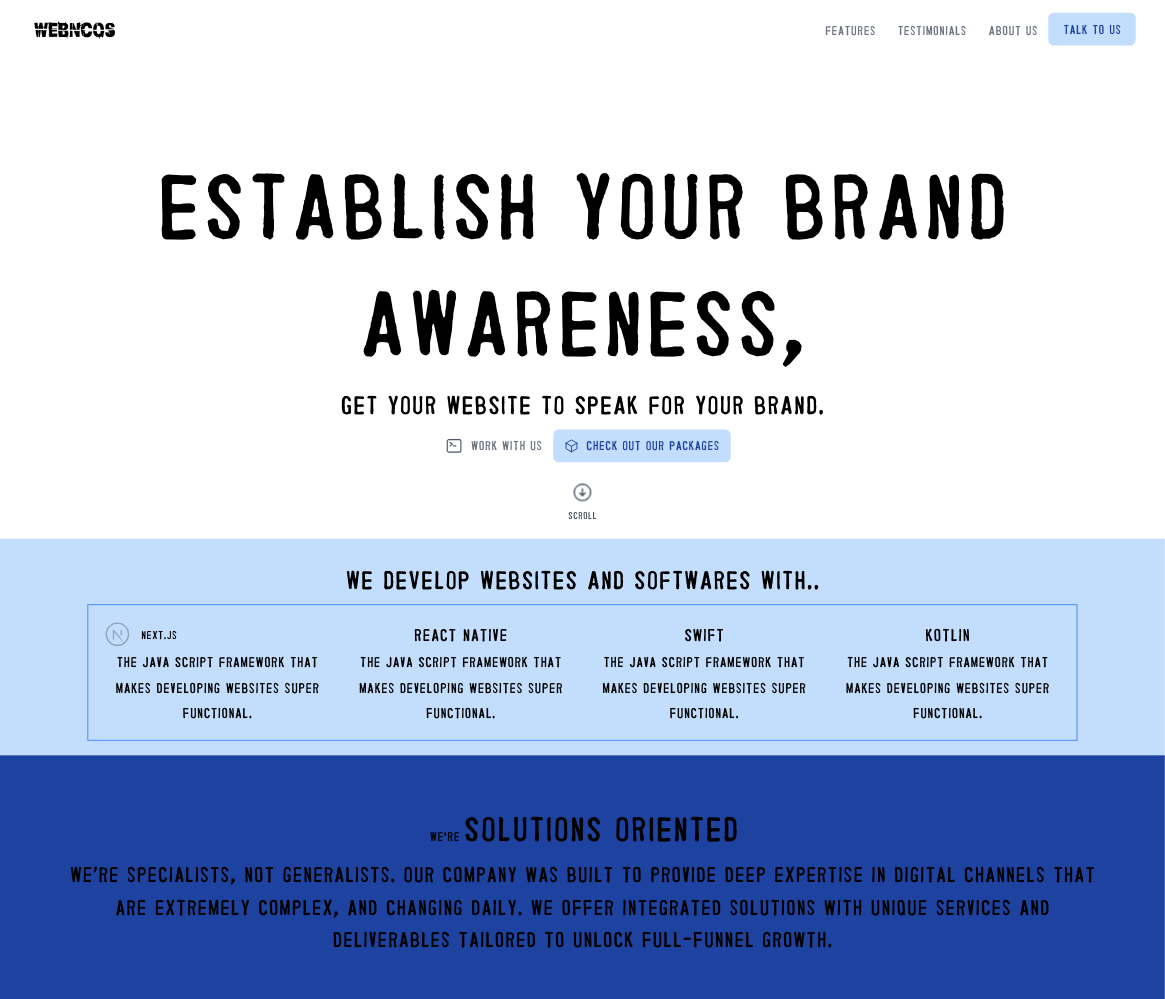
Repository: 1realjulius/webncos
Page: /
An editor plug-in stored every save of this project. The page is shown before and after the next save, followed by the edit.
The browser window is 1280 px wide. The pictures show the whole page, at 91% of full size.
The project was rebuilt for these pictures with package versions that can differ from the ones it lists, and the page was loaded fresh each time. The framework's server and built-in components were replaced by stand-ins that run in the browser. Also part of the build but not shown: next.config.js.

Above is the page before, as saved 2022-09-02 12:08:33.

After the next save:
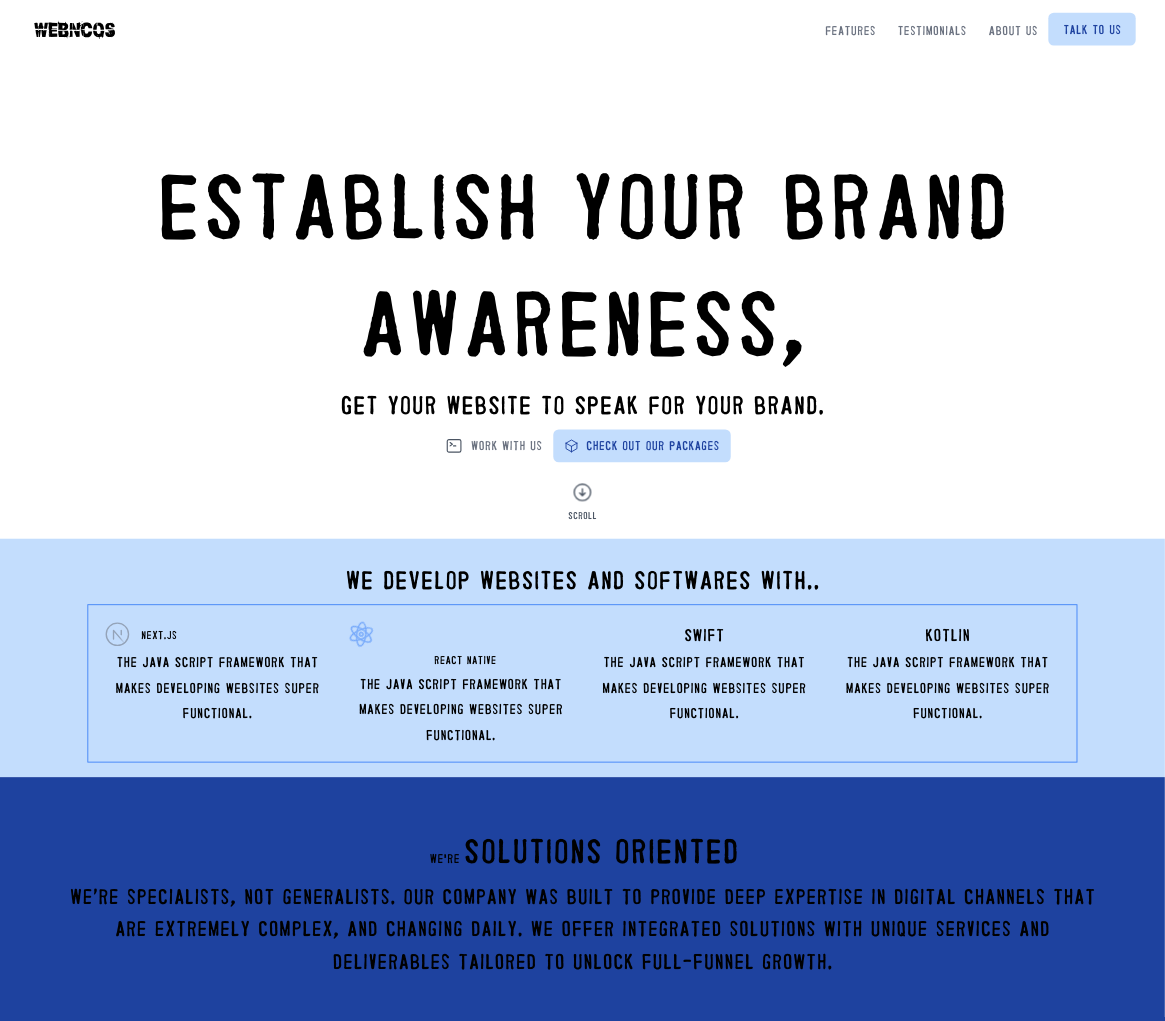
Saved 78 s later.
--- a/components/MainHome.tsx
+++ b/components/MainHome.tsx
@@ -158,7 +158,30 @@ const MainHome = () => {
             </div>
             <div className="p-2 text-center">
               <div>
-                <h1 className="text-2xl">React Native</h1>
+              <svg
+                  fill="none"
+                  xmlns="http://www.w3.org/2000/svg"
+                  className="animate-spin h-8 w-8 flex-none stroke-blue-400"
+                  strokeWidth="1.5"
+                  strokeLinecap="round"
+                  strokeLinejoin="round"
+                >
+                  <ellipse cx="16" cy="16" rx="13" ry="5"></ellipse>
+                  <ellipse
+                    cx="16"
+                    cy="16"
+                    rx="13"
+                    ry="5"
+                    transform="rotate(60 16 16)"
+                  ></ellipse>
+                  <ellipse
+                    rx="13"
+                    ry="5"
+                    transform="matrix(-.5 .86603 .86603 .5 16 16)"
+                  ></ellipse>
+                  <circle cx="16" cy="16" r="2"></circle>
+                </svg>
+                <span className="ml-2.5 font-cadizMedium">React Native</span>
               </div>
               <div>
                 <p className="text- base md:text-xl">

After the save that followed:
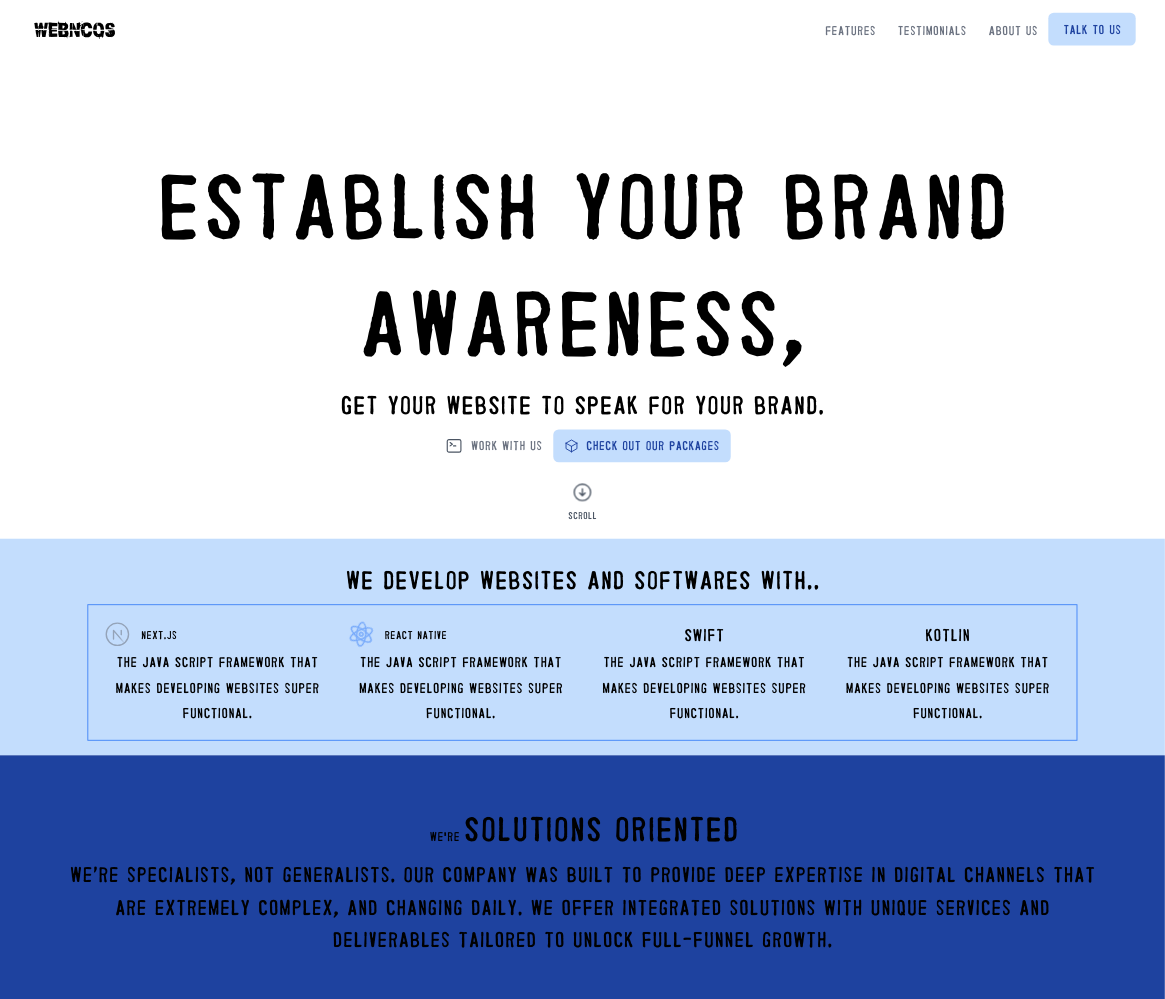
Saved 24 s later.
--- a/components/MainHome.tsx
+++ b/components/MainHome.tsx
@@ -157,7 +157,7 @@ const MainHome = () => {
               </div>
             </div>
             <div className="p-2 text-center">
-              <div>
+              <div className="flex flex-row items-center">
               <svg
                   fill="none"
                   xmlns="http://www.w3.org/2000/svg"
